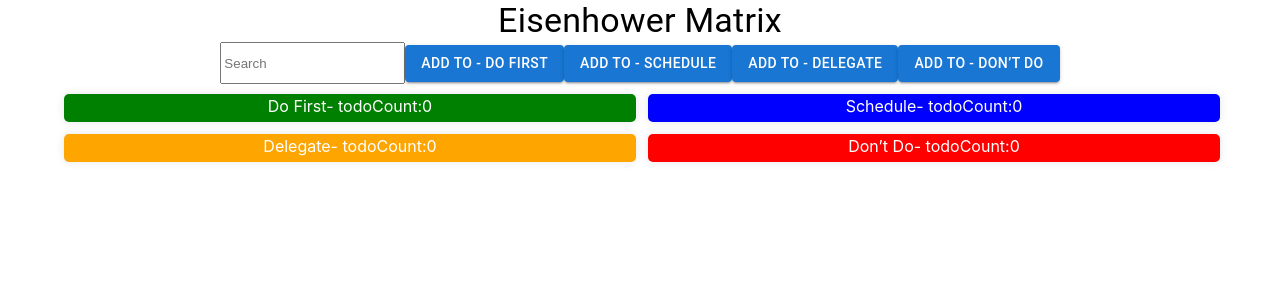
Repository: GokulDev4U/Krixi_react_assignment
Page: /
These files come from the project's save history. The page is drawn as it stood at one moment and after the next save; the edit follows.
The browser window is 1280 px wide. The pictures show the whole page.
The project was rebuilt for these pictures with package versions that can differ from the ones it lists, and the page was loaded fresh each time.

Above is the page before, as saved 2022-04-04 16:25:36.

After the next save:
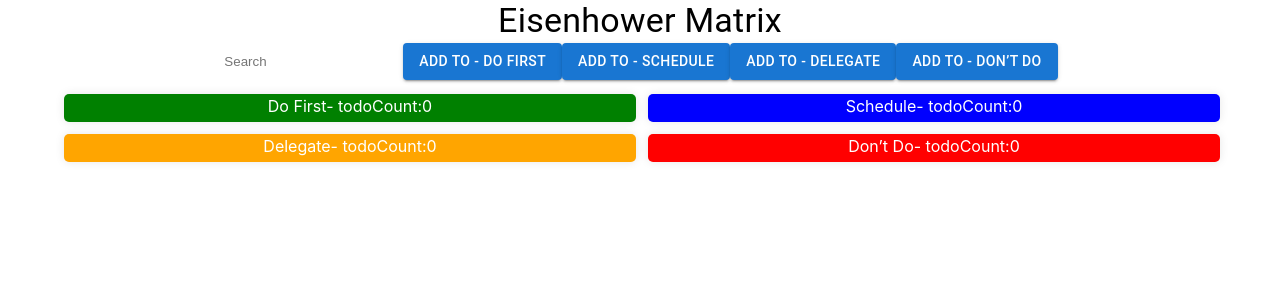
Saved 30 s later.
--- a/src/App.css
+++ b/src/App.css
@@ -5,4 +5,5 @@
 input {
   /* width: 100%; */
   height: 100%;
+  border: 0px;
 }
